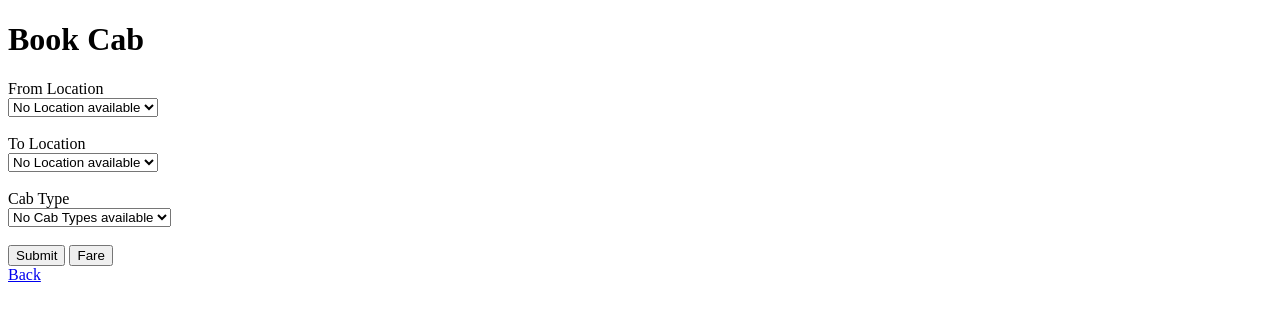
Repository: SumanaDasFullStack/CourseEndProject
Page: http://localhost/book
An editor plug-in stored every save of this project. The page is shown before and after the next save, followed by the edit.
The browser window is 1280 px wide. The pictures show the whole page.
The page is this project's Thymeleaf template; nobody is signed in. The template is opened directly, without the code that normally fills it, so the values that code supplies are empty.

Above is the page before, as saved 2024-10-30 10:13:04.

### cab-booking-microservice/src/main/resources/templates/book.html
<!DOCTYPE html>
<html xmlns:th="http://www.thymeleaf.org">
<head>
<meta charset="UTF-8">
<title>Insert title here</title>

</head>
<body>
<div th:if="${errorMessage}">
        <p style="color:red;" th:text="${errorMessage}"></p>
    </div>
<span style="color:green;" th:text="${result}"></span>
<h1>Book Cab</h1>
<form th:action="@{booking}" method="post" th:object="${bookcab}">

<label for="fromSelect">From Location  </label><br/>
        <select id="fromSelect" name="source">
            <option value="" th:unless="${categories}">No Location available</option>
            <option th:each="location : ${categories}"
                    th:value="${location.id}"
                    th:text="${location.loc_name}"></option>
        </select>
<!-- <input type="text" th:field="*{source}"/><br/> -->
<br/><br/>
<label for="toSelect">To Location  </label><br/>
        <select id="toSelect" name="destination">
            <option value="" th:unless="${categories}">No Location available</option>
            <option th:each="location : ${categories}"
                    th:value="${location.id}"
                    th:text="${location.loc_name}"></option>
        </select>

<br/><br/>
<label for="cabtypeSelect">Cab Type  </label><br/>
        <select id="cabtypeSelect" name="cabtype_id">
            <option value="" th:unless="${cabtypes}">No Cab Types available</option>
            <option th:each="cabtype : ${cabtypes}"
                    th:value="${cabtype.cabtype_id}"
                    th:text="${cabtype.cabtype_name}"></option>
        </select>

<br/><br/>
<input type="submit" th:value="Submit" name="b1"/>
<!-- <button onclick="callMicroservice()">Fare</button> -->


<input type="button" th:value="Fare" name="b2"/>
<br/>
</form>



<a href="/">Back</a>
</body>
</html>

After the next save:
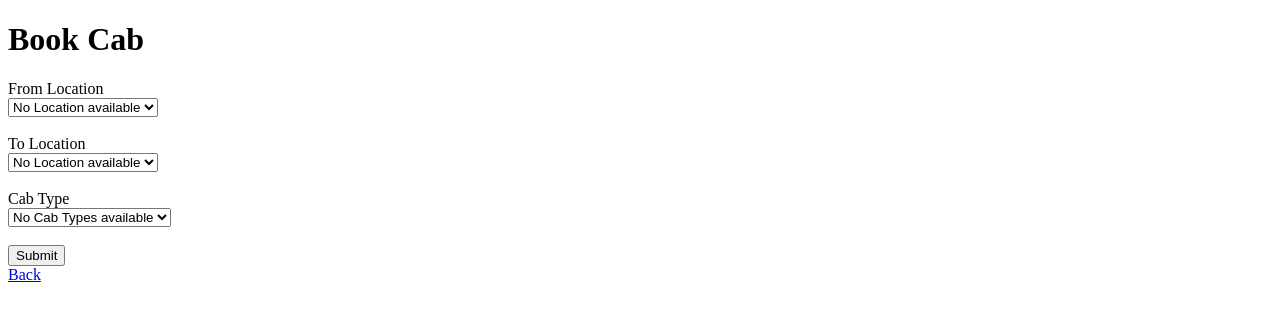
Saved 2 min 28 s later.
--- a/cab-booking-microservice/src/main/resources/templates/book.html
+++ b/cab-booking-microservice/src/main/resources/templates/book.html
@@ -41,10 +41,7 @@
 
 <br/><br/>
 <input type="submit" th:value="Submit" name="b1"/>
-<!-- <button onclick="callMicroservice()">Fare</button> -->
 
-
-<input type="button" th:value="Fare" name="b2"/>
 <br/>
 </form>
 
